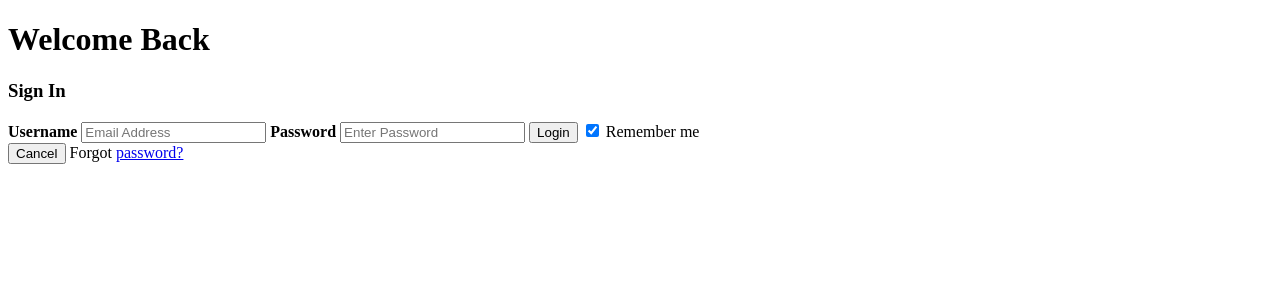
Repository: Rellzcodez/Group1-Team8
Page: login.html
The author's editor kept a copy of each file at every save. The page is drawn from the files as they stood at one save, then again after the next save.
The browser window is 1280 px wide. The pictures show the whole page.

Above is the page before, as saved 2022-08-25 15:42:25.

After the next save:
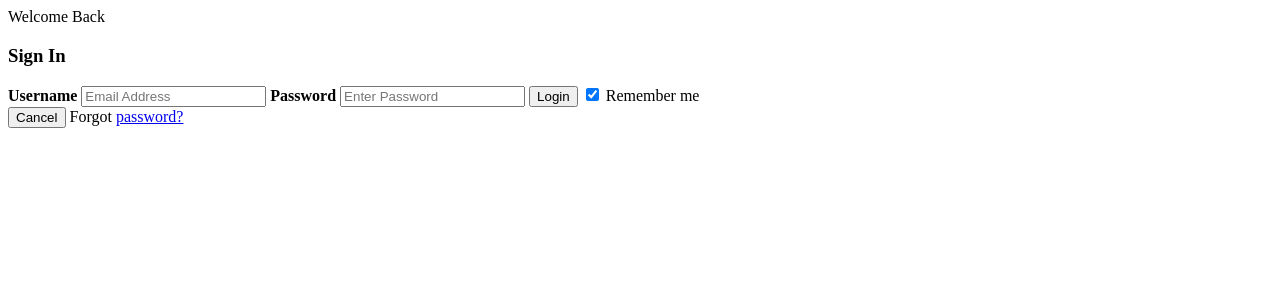
Saved 8 s later.
--- a/login.html
+++ b/login.html
@@ -14,7 +14,7 @@
     </style>
 </head>
 <body>
-
+    <header
     <h1 class="heading">Welcome Back</h1>
 
     <h3 class="heading">Sign In</h3>

After the save that followed:
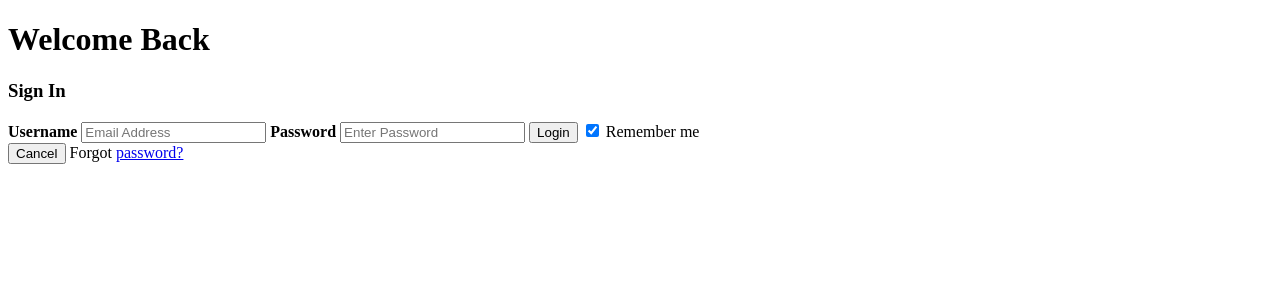
Saved 6 s later.
--- a/login.html
+++ b/login.html
@@ -14,7 +14,6 @@
     </style>
 </head>
 <body>
-    <header
     <h1 class="heading">Welcome Back</h1>
 
     <h3 class="heading">Sign In</h3>
